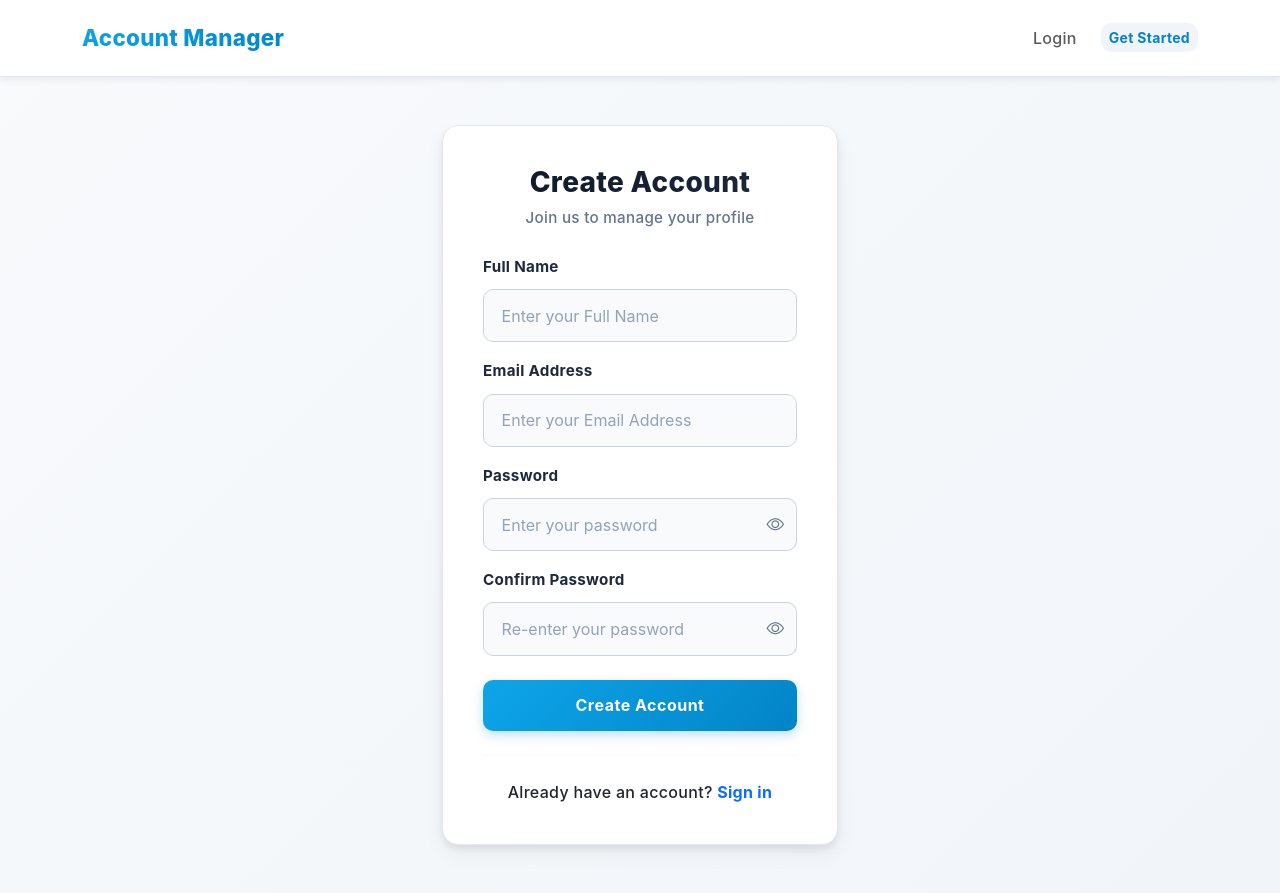
Repository: dharmik2910/Chaintech-Account-Manager
Page: /register
The author's editor kept a copy of each file at every save. The page is drawn from the files as they stood at one save, then again after the next save.
The browser window is 1280 px wide. The pictures show the whole page.
The project was rebuilt for these pictures with package versions that can differ from the ones it lists, and the page was loaded fresh each time. Also part of the build but not shown: vite.config.js, src/pages/AccountPage.jsx, src/pages/LoginPage.jsx.

Above is the page before, as saved 2025-12-16 22:07:20.

### index.html
<!doctype html>
<html lang="en">
  <head>
    <meta charset="UTF-8" />
    <link rel="icon" type="image/svg+xml" href="/vite.svg" />
    <meta name="viewport" content="width=device-width, initial-scale=1.0" />
    <!-- Bootstrap Icons for simple eye / eye-slash icons -->
    <link
      rel="stylesheet"
      href="https://cdn.jsdelivr.net/npm/bootstrap-icons@1.11.3/font/bootstrap-icons.min.css"
    />
    <title>chaintech</title>
  </head>
  <body>
    <div id="root"></div>
    <script type="module" src="/src/main.jsx"></script>
  </body>
</html>

### src/main.jsx
import { StrictMode } from 'react'
import { createRoot } from 'react-dom/client'
import { BrowserRouter } from 'react-router-dom'
import 'bootstrap/dist/css/bootstrap.min.css'
import './index.css'
import App from './App.jsx'
import { AuthProvider } from './AuthContext.jsx'

createRoot(document.getElementById('root')).render(
  <StrictMode>
    <BrowserRouter>
      <AuthProvider>
        <App />
      </AuthProvider>
    </BrowserRouter>
  </StrictMode>,
)

### src/index.css
* {
  -webkit-font-smoothing: antialiased;
  -moz-osx-font-smoothing: grayscale;
  box-sizing: border-box;
}

html {
  scroll-behavior: smooth;
}

body {
  margin: 0;
  min-height: 100vh;
  font-family: -apple-system, BlinkMacSystemFont, 'Segoe UI', 'Roboto', 'Oxygen',
    'Ubuntu', 'Cantarell', 'Fira Sans', 'Droid Sans', 'Helvetica Neue',
    sans-serif;
  background: linear-gradient(135deg, #f8fafc 0%, #f1f5f9 100%);
  color: #0f172a;
  font-weight: 500;
  letter-spacing: 0.3px;
}

#root {
  min-height: 100vh;
}

### src/App.jsx
import { Link, Navigate, Route, Routes, useNavigate } from 'react-router-dom'
import './App.css'
import { useAuth } from './AuthContext.jsx'
import AccountPage from './pages/AccountPage.jsx'
import LoginPage from './pages/LoginPage.jsx'
import RegisterPage from './pages/RegisterPage.jsx'

// Simple layout with a top navbar
function Layout({ children }) {
  const { currentUser, logout } = useAuth()
  const navigate = useNavigate()

  const handleLogout = () => {
    logout()
    navigate('/login')
  }

  return (
    <div className="app-root">
      <nav className="navbar navbar-expand-lg">
        <div className="container">
          <Link className="navbar-brand" to="/">
            Account Manager
          </Link>
          <button
            className="navbar-toggler"
            type="button"
            data-bs-toggle="collapse"
            data-bs-target="#mainNavbar"
            aria-controls="mainNavbar"
            aria-expanded="false"
            aria-label="Toggle navigation"
          >
            <span className="navbar-toggler-icon" />
          </button>
          <div className="collapse navbar-collapse" id="mainNavbar">
            <ul className="navbar-nav ms-auto align-items-lg-center gap-lg-2">
              {currentUser ? (
                <>
                  <li className="nav-item me-lg-2">
                    <span className="navbar-text small">Signed in as {currentUser.name}</span>
                  </li>
                  <li className="nav-item mt-2 mt-lg-0">
                    <button className="btn btn-outline-light btn-sm" onClick={handleLogout}>
                      Logout
                    </button>
                  </li>
                </>
              ) : (
                <>
                  <li className="nav-item">
                    <Link className="nav-link" to="/login">
                      Login
                    </Link>
                  </li>
                  <li className="nav-item">
                    <Link className="btn btn-light btn-sm ms-lg-2 mt-2 mt-lg-0" to="/register">
                      Get Started
                    </Link>
                  </li>
                </>
              )}
            </ul>
          </div>
        </div>
      </nav>

      <main className="app-main">
        <div className="container">{children}</div>
      </main>
    </div>
  )
}

// Protect routes that require authentication
function PrivateRoute({ children }) {
  const { currentUser, initialised } = useAuth()

  if (!initialised) {
    return (
      <div className="text-center mt-5">
        <div className="spinner-border text-primary" role="status">
          <span className="visually-hidden">Loading...</span>
        </div>
      </div>
    )
  }

  if (!currentUser) {
    return <Navigate to="/login" replace />
  }

  return children
}

function App() {
  return (
    <Layout>
      <Routes>
        <Route path="/" element={<Navigate to="/account" replace />} />
        <Route path="/login" element={<LoginPage />} />
        <Route path="/register" element={<RegisterPage />} />
        <Route
          path="/account"
          element={
            <PrivateRoute>
              <AccountPage />
            </PrivateRoute>
          }
        />
        <Route path="*" element={<Navigate to="/" replace />} />
      </Routes>
    </Layout>
  )
}

export default App

### src/pages/RegisterPage.jsx
import { useState } from 'react'
import { Link, useNavigate } from 'react-router-dom'
import { useAuth } from '../AuthContext.jsx'

function RegisterPage() {
  const { register } = useAuth()
  const navigate = useNavigate()
  const [name, setName] = useState('')
  const [email, setEmail] = useState('')
  const [password, setPassword] = useState('')
  const [confirmPassword, setConfirmPassword] = useState('')
  const [showPassword, setShowPassword] = useState(false)
  const [showConfirmPassword, setShowConfirmPassword] = useState(false)
  const [error, setError] = useState('')
  const [errors, setErrors] = useState({})
  const [isSubmitting, setIsSubmitting] = useState(false)

  const getPasswordStrength = (pwd) => {
    if (!pwd) return { level: 0, text: '', color: '' }

    let strength = 0

    // Length check
    if (pwd.length >= 6) strength++
    if (pwd.length >= 10) strength++
    if (pwd.length >= 14) strength++

    // Uppercase check
    if (/[A-Z]/.test(pwd)) strength++

    // Lowercase check
    if (/[a-z]/.test(pwd)) strength++

    // Number check
    if (/[0-9]/.test(pwd)) strength++

    // Special character check
    if (/[!@#$%^&*()_+=\-{};':"\\|,.<>/?]/.test(pwd)) strength++

    if (strength <= 2) {
      return { level: 1, text: 'Weak', color: '#ef4444' }
    } else if (strength <= 4) {
      return { level: 2, text: 'Medium', color: '#f59e0b' }
    } else {
      return { level: 3, text: 'Strong', color: '#22c55e' }
    }
  }

  const passwordStrength = getPasswordStrength(password)

  const validateEmail = (email) => {
    const emailRegex = /^[^\s@]+@[^\s@]+\.[^\s@]+$/
    return emailRegex.test(email)
  }

  const validateForm = () => {
    const newErrors = {}

    if (!name.trim()) {
      newErrors.name = 'Full name is required'
    } else if (name.trim().length < 2) {
      newErrors.name = 'Name must be at least 2 characters'
    }

    if (!email.trim()) {
      newErrors.email = 'Email is required'
    } else if (!validateEmail(email)) {
      newErrors.email = 'Please enter a valid email address'
    }

    if (!password) {
      newErrors.password = 'Password is required'
    } else if (password.length < 6) {
      newErrors.password = 'Password must be at least 6 characters'
    } else if (passwordStrength.level === 1) {
      newErrors.password = 'Password is Weak - Add uppercase, numbers, or special characters'
    }

    if (!confirmPassword) {
      newErrors.confirmPassword = 'Please confirm your password'
    } else if (password !== confirmPassword) {
      newErrors.confirmPassword = 'Passwords do not match'
    }

    setErrors(newErrors)
    return Object.keys(newErrors).length === 0
  }

  const handleFieldChange = (field, value) => {
    if (field === 'name') {
      setName(value)
      if (errors.name) setErrors(prev => ({ ...prev, name: '' }))
    } else if (field === 'email') {
      setEmail(value)
      if (errors.email) setErrors(prev => ({ ...prev, email: '' }))
    } else if (field === 'password') {
      setPassword(value)
      if (errors.password) setErrors(prev => ({ ...prev, password: '' }))
    } else if (field === 'confirmPassword') {
      setConfirmPassword(value)
      if (errors.confirmPassword) setErrors(prev => ({ ...prev, confirmPassword: '' }))
    }
    setError('')
  }

  const handleSubmit = async (event) => {
    event.preventDefault()
    setError('')

    if (!validateForm()) {
      return
    }

    try {
      setIsSubmitting(true)
      await register({ name, email, password })
      navigate('/account')
    } catch (e) {
      setError(e.message || 'Unable to register. Please try again.')
    } finally {
      setIsSubmitting(false)
    }
  }

  return (
    <div className="row justify-content-center">
      <div className="col-md-6 col-lg-5 auth-wrapper">
        <div className="card">
          <div className="card-body">
            <h3 className="card-title mb-2 text-center">Create Account</h3>
            <p className="text-muted text-center mb-4">
              Join us to manage your profile
            </p>
            {error && (
              <div className="alert alert-danger" role="alert">
                <strong>Registration Failed:</strong> {error}
              </div>
            )}
            <form onSubmit={handleSubmit} noValidate>
              <div className="mb-3">
                <label htmlFor="name" className="form-label">
                  Full Name
                </label>
                <input
                  id="name"
                  type="text"
                  className={`form-control ${errors.name ? 'is-invalid' : ''}`}
                  value={name}
                  onChange={(e) => handleFieldChange('name', e.target.value)}
                  placeholder="Enter your Full Name"
                  required
                />
                {errors.name && (
                  <div className="invalid-feedback d-block">{errors.name}</div>
                )}
              </div>
              <div className="mb-3">
                <label htmlFor="email" className="form-label">
                  Email Address
                </label>
                <input
                  id="email"
                  type="email"
                  className={`form-control ${errors.email ? 'is-invalid' : ''}`}
                  value={email}
                  onChange={(e) => handleFieldChange('email', e.target.value)}
                  placeholder="Enter your Email Address"
                  required
                />
                {errors.email && (
                  <div className="invalid-feedback d-block">{errors.email}</div>
                )}
              </div>
              <div className="mb-3">
                <label htmlFor="password" className="form-label">
                  Password
                </label>
                <div className="input-group">
                  <input
                    id="password"
                    type={showPassword ? 'text' : 'password'}
                    className={`form-control ${errors.password ? 'is-invalid' : ''}`}
                    value={password}
                    onChange={(e) => handleFieldChange('password', e.target.value)}
                    placeholder="Enter your password"
                    required
                  />
                  <button
                    type="button"
                    className="btn password-toggle-btn"
                    onClick={() => setShowPassword((prev) => !prev)}
                    aria-label={showPassword ? 'Hide password' : 'Show password'}
                  >
                    <i className={showPassword ? 'bi bi-eye-slash' : 'bi bi-eye'} />
                  </button>
                </div>
                {password && (
                  <div className="password-strength-container mt-2">
                    <div className="password-strength-bar">
                      <div
                        className="password-strength-fill"
                        style={{
                          width: `${(passwordStrength.level / 3) * 100}%`,
                          backgroundColor: passwordStrength.color,
                          transition: 'all 0.3s ease'
                        }}
                      />
                    </div>
                    <small
                      className="password-strength-text"
                      style={{ color: passwordStrength.color, fontWeight: 700 }}
                    >
                      Strength: {passwordStrength.text}
                    </small>
                  </div>
                )}
                {errors.password && (
                  <div className="invalid-feedback d-block">{errors.password}</div>
                )}
              </div>
              <div className="mb-4">
                <label htmlFor="confirmPassword" className="form-label">
                  Confirm Password
                </label>
                <div className="input-group">
                  <input
                    id="confirmPassword"
                    type={showConfirmPassword ? 'text' : 'password'}
                    className={`form-control ${
                      confirmPassword && password !== confirmPassword
                        ? 'is-invalid'
                        : confirmPassword && password === confirmPassword
                        ? 'is-valid'
                        : errors.confirmPassword
                        ? 'is-invalid'
                        : ''
                    }`}
                    value={confirmPassword}
                    onChange={(e) => handleFieldChange('confirmPassword', e.target.value)}
                    placeholder="Re-enter your password"
                    required
                  />
                  <button
                    type="button"
                    className="btn password-toggle-btn"
                    onClick={() => setShowConfirmPassword((prev) => !prev)}
                    aria-label={showConfirmPassword ? 'Hide password' : 'Show password'}
                  >
                    <i className={showConfirmPassword ? 'bi bi-eye-slash' : 'bi bi-eye'} />
                  </button>
                </div>
                {confirmPassword && (
                  <div className="password-match-indicator mt-2">
                    {password === confirmPassword ? (
                      <div className="match-success">
                        <i className="bi bi-check-circle-fill" />
                        <span>Passwords match</span>
                      </div>
                    ) : (
                      <div className="match-error">
                        <i className="bi bi-x-circle-fill" />
                        <span>Passwords do not match</span>
                      </div>
                    )}
                  </div>
                )}
                {errors.confirmPassword && (
                  <div className="invalid-feedback d-block">{errors.confirmPassword}</div>
                )}
              </div>
              <button type="submit" className="btn btn-primary w-100" disabled={isSubmitting}>
                {isSubmitting ? 'Creating account...' : 'Create Account'}
              </button>
            </form>
            <hr />
            <p className="mb-0 text-center">
              Already have an account?{' '}
              <Link to="/login" className="link-primary">
                Sign in
              </Link>
            </p>
          </div>
        </div>
      </div>
    </div>
  )
}

export default RegisterPage

Loaded but not shown: src/App.css (436 lines, source omitted); src/AuthContext.jsx (158 lines, source omitted)

After the next save:
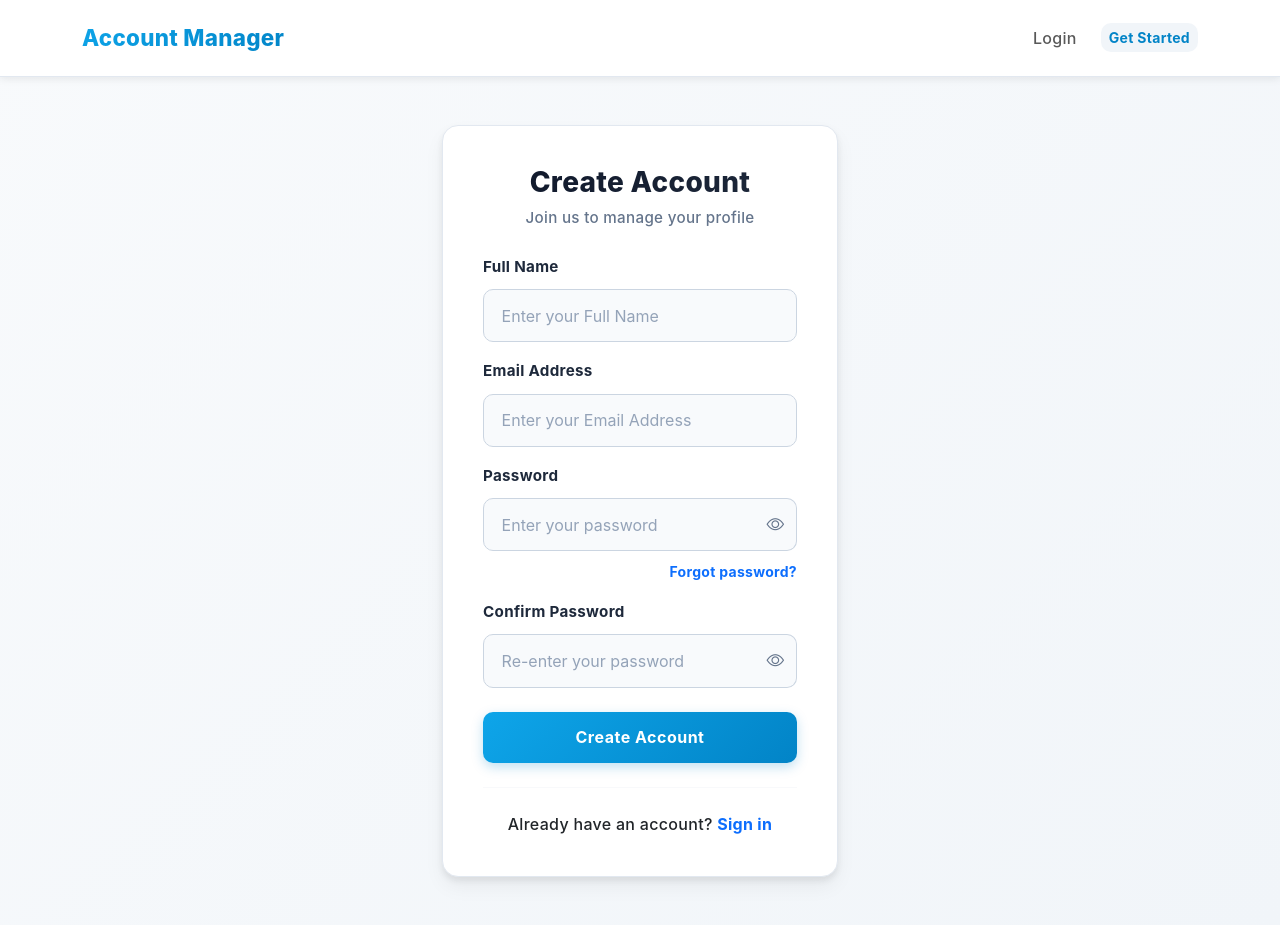
Saved 10 min 30 s later.
--- a/src/pages/RegisterPage.jsx
+++ b/src/pages/RegisterPage.jsx
@@ -217,6 +217,11 @@
                 {errors.password && (
                   <div className="invalid-feedback d-block">{errors.password}</div>
                 )}
+                <div className="mt-2 text-end">
+                  <Link to="/forgot-password" className="small link-primary">
+                    Forgot password?
+                  </Link>
+                </div>
               </div>
               <div className="mb-4">
                 <label htmlFor="confirmPassword" className="form-label">

After the save that followed:
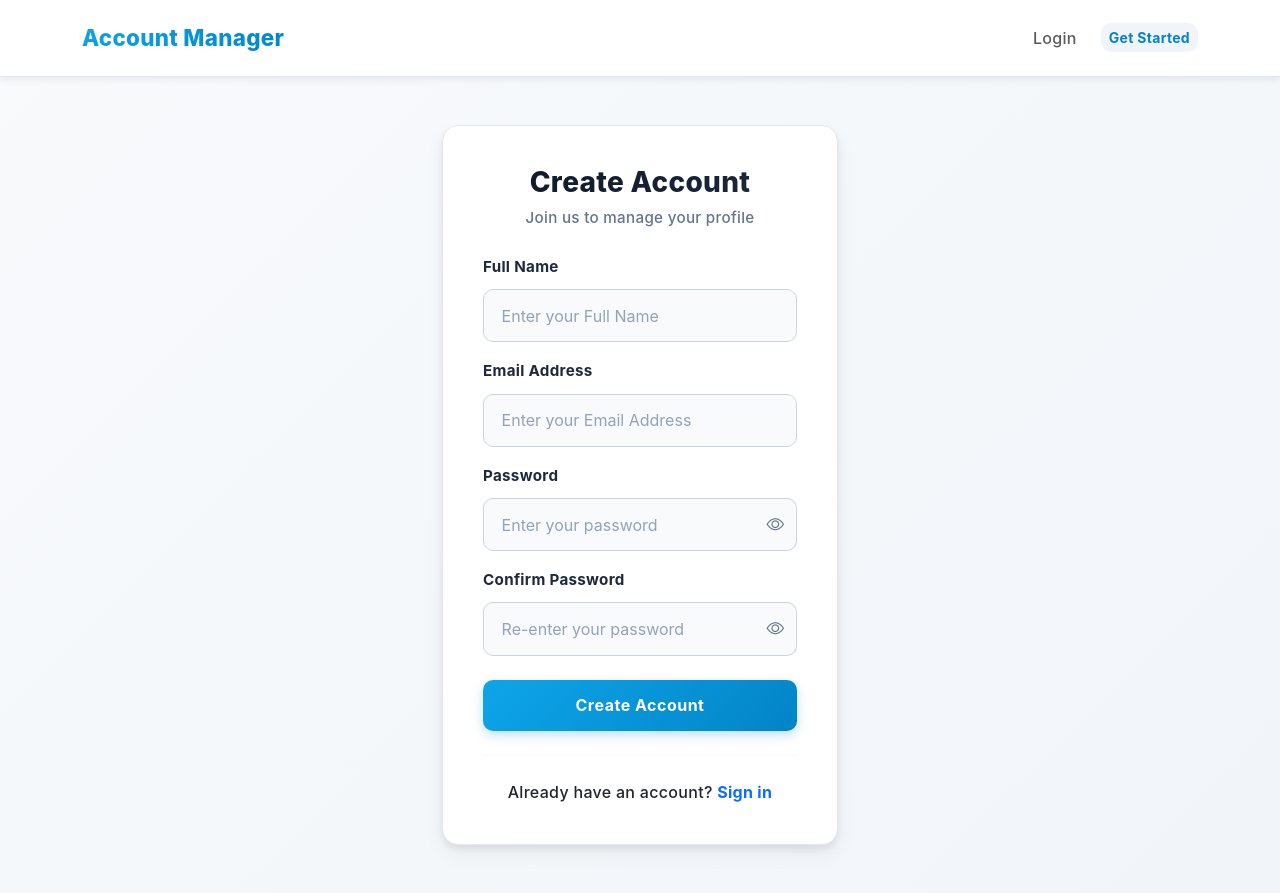
Saved 37 s later.
--- a/src/pages/RegisterPage.jsx
+++ b/src/pages/RegisterPage.jsx
@@ -217,11 +217,6 @@
                 {errors.password && (
                   <div className="invalid-feedback d-block">{errors.password}</div>
                 )}
-                <div className="mt-2 text-end">
-                  <Link to="/forgot-password" className="small link-primary">
-                    Forgot password?
-                  </Link>
-                </div>
               </div>
               <div className="mb-4">
                 <label htmlFor="confirmPassword" className="form-label">
